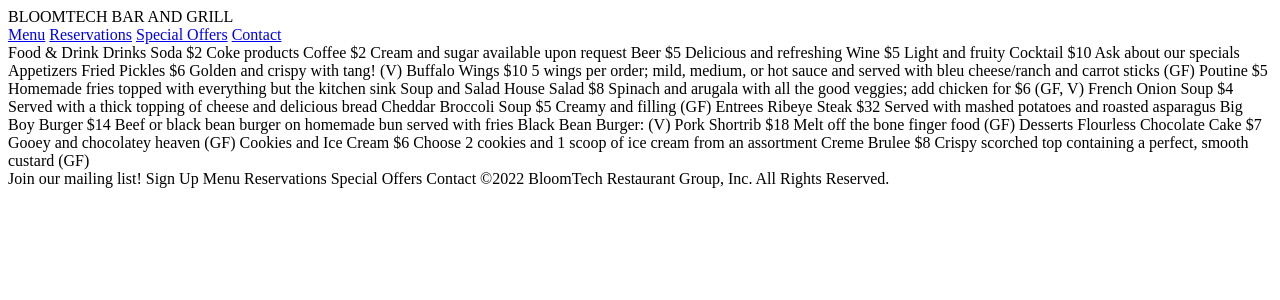
Repository: yoshimario/web-sprint-challenge-user-interface-responsive-design
Page: menu.html
An editor plug-in stored every save of this project. The page is shown before and after the next save, followed by the edit.
The browser window is 1280 px wide. The pictures show the whole page.
Some web libraries are served in a nearby version.

Above is the page before, as saved 2023-06-10 23:42:49.

After the next save:
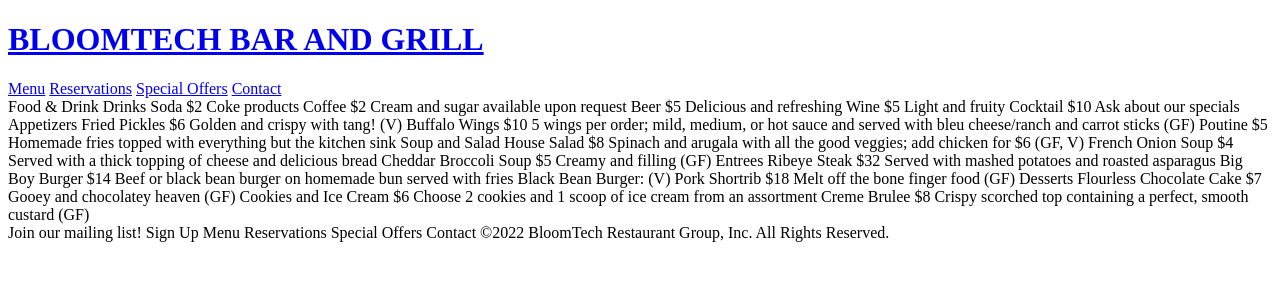
Saved 33 s later.
--- a/menu.html
+++ b/menu.html
@@ -15,7 +15,7 @@
     <div>
         <!-- header -->
         <header>
-            BLOOMTECH BAR AND GRILL
+            <h1><a href="index.html">BLOOMTECH BAR AND GRILL</a></h1>
 
             <!-- nav -->
             <nav>
